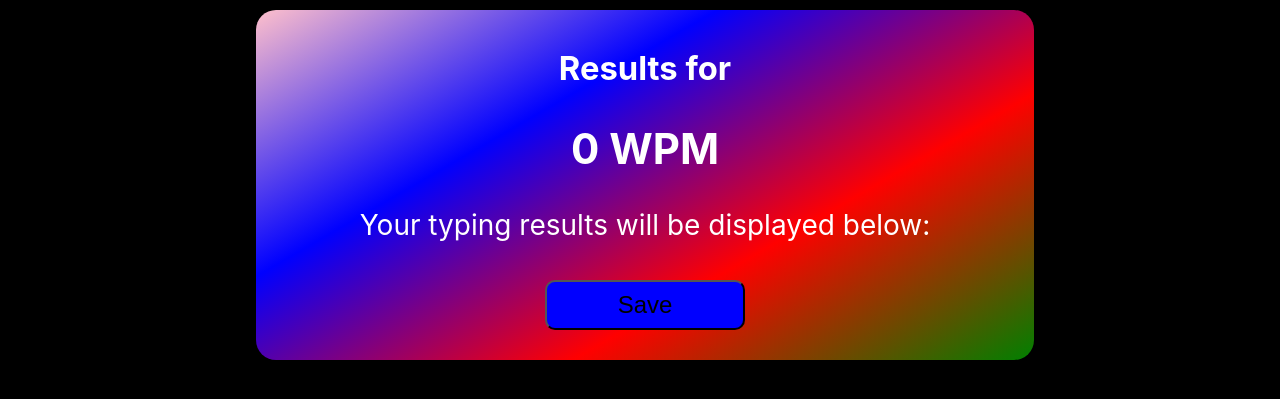
Repository: abhaysharma20233009/swiftKey
Page: /results (app in frontend/my-app/)
An editor plug-in stored every save of this project. The page is shown before and after the next save, followed by the edit.
The browser window is 1280 px wide. The pictures show the whole page.
The page's requests for data from a server got no answer. The project was rebuilt for these pictures with package versions that can differ from the ones it lists, and the page was loaded fresh each time. No one was signed in, and anything a server would have sent is missing. Also part of the build but not shown: frontend/my-app/src/Swifts.js, frontend/my-app/src/Login.js.

Above is the page before, as saved 2024-10-10 20:47:02.

After the next save:
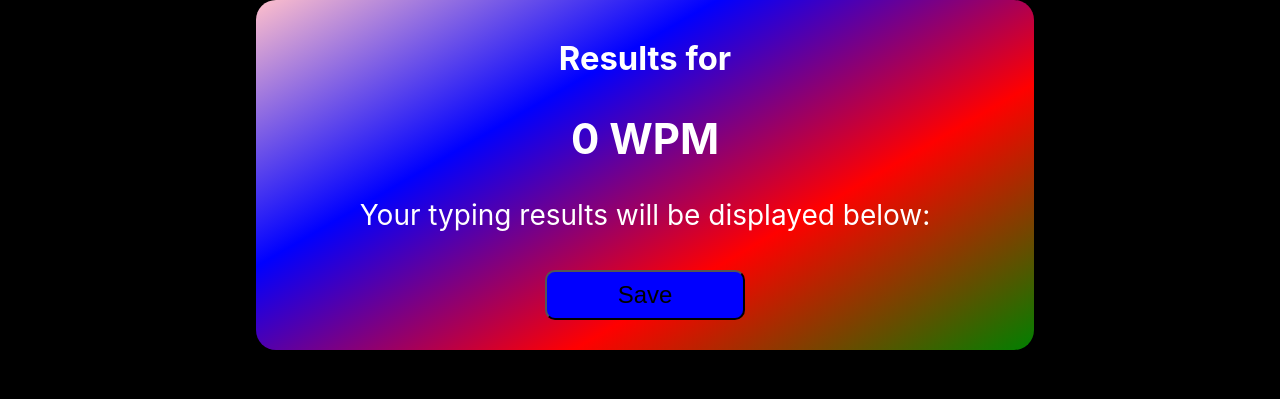
Saved 13 s later.
--- a/frontend/my-app/src/Results.js
+++ b/frontend/my-app/src/Results.js
@@ -58,7 +58,7 @@ function Results() {
     }, []);
 
     return (
-        <div className="form" style={{ textAlign: 'center', marginTop: '10px' }}>
+        <div className="form" style={{ textAlign: 'center', marginTop: '0px' }}>
             <h3>Results for {username}</h3> {/* Display username here */}
             <h2>{wordTyped} WPM</h2>
             <p>Your typing results will be displayed below:</p>
